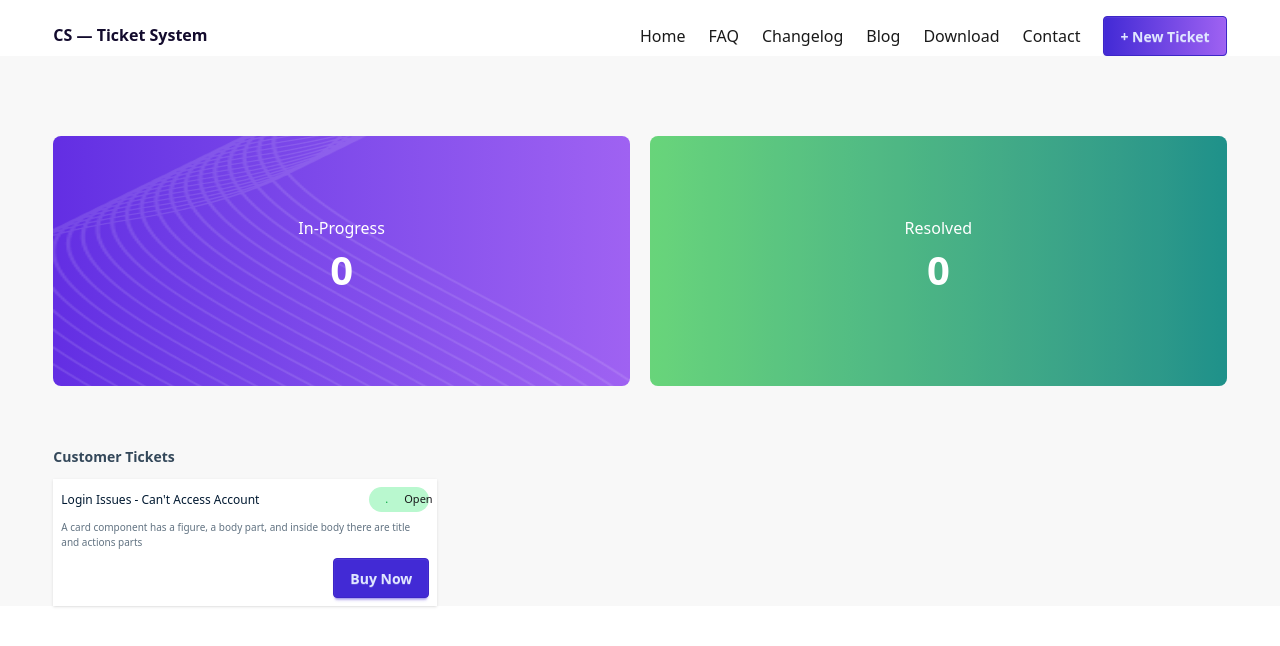
Repository: SanjidaSnigdha/Customer-Support-Zone
Page: /
The author's editor kept a copy of each file at every save. The page is drawn from the files as they stood at one save, then again after the next save.
The browser window is 1280 px wide. The pictures show the whole page.
The project was rebuilt for these pictures with package versions that can differ from the ones it lists, and the page was loaded fresh each time. Also part of the build but not shown: vite.config.js, src/App.css.

Above is the page before, as saved 2026-03-24 03:38:35.

After the next save:
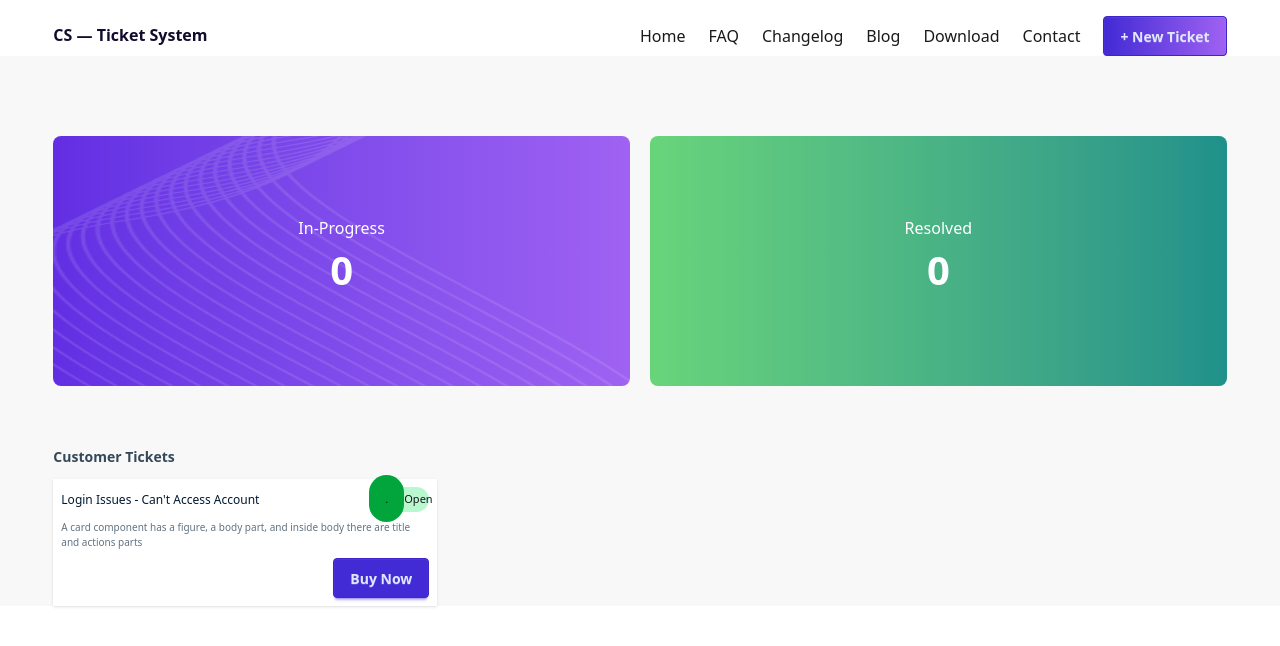
Saved 97 s later.
--- a/src/component/CustomerTickets/CustomerTickets.jsx
+++ b/src/component/CustomerTickets/CustomerTickets.jsx
@@ -10,7 +10,7 @@ const CustomerTickets = ({customerPromise}) => {
   <div className="card-body">
     <div className='flex justify-between'>
      <h2 className="card-title text-[#001931] font-medium text-[12px]">Login Issues - Can't Access Account</h2>
-     <button className='rounded-4xl bg-[#B9F8CF] w-[60px] h-[25px]'><span className='text-[#02A53B] px-4 py-4 rounded'>.</span>Open</button>
+     <button className='rounded-4xl bg-[#B9F8CF] w-[60px] h-[25px]'><span className='bg-[#02A53B] px-4 py-4 rounded-full'>.</span>Open</button>
 
     </div>
     <p className='text-[#627382] text-[10px] font-medium'>A card component has a figure, a body part, and inside body there are title and actions parts</p>
